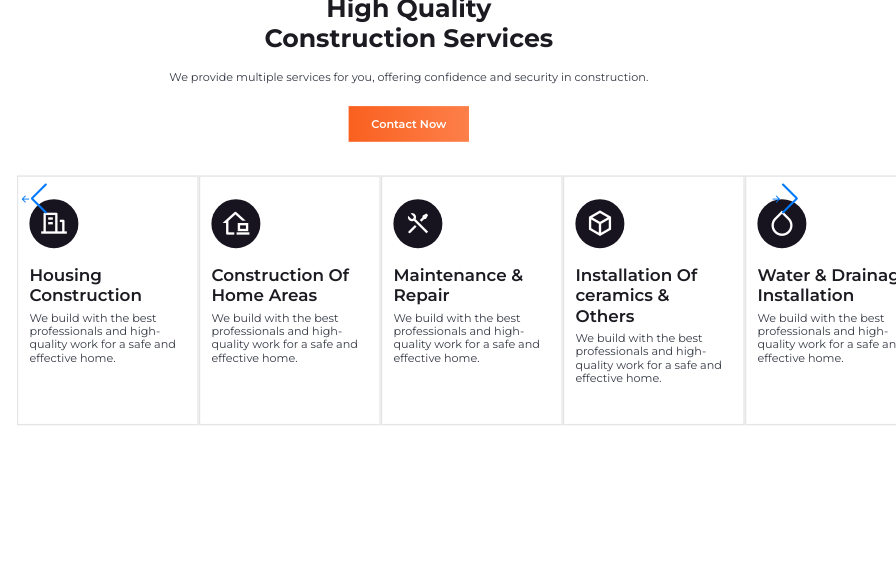
Repository: douglasabnovato/construction
Page: index.html
The author's editor kept a copy of each file at every save. The page is drawn from the files as they stood at one save, then again after the next save.
The browser window is 1280 px wide. The pictures show the part of the page from y = 2782 to 4702 px (the page is 3597 px tall before and 33554432 px after), at 70% of full size.

Above is the page before, as saved 2025-05-01 18:05:57.

After the next save:
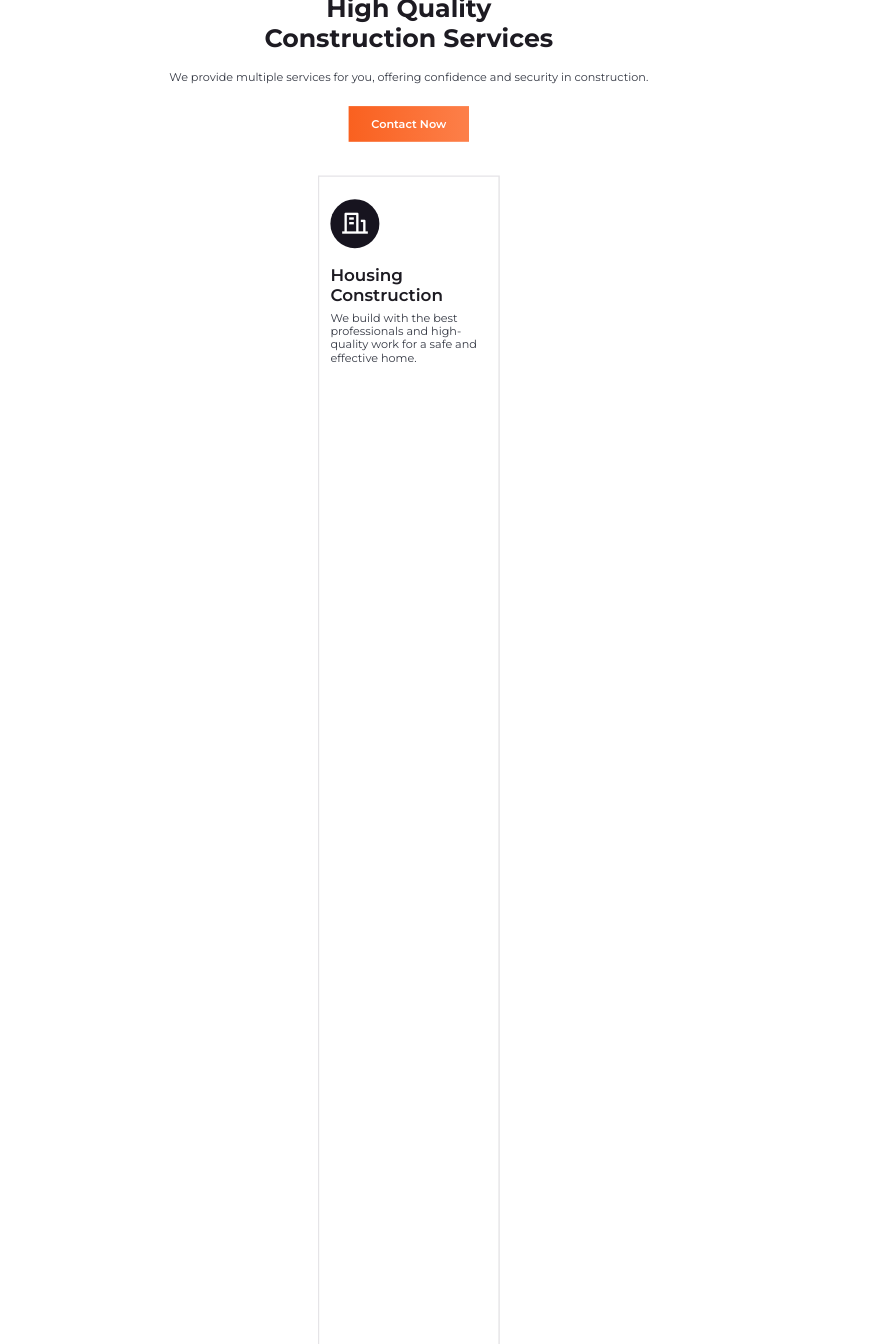
Saved 114 s later.
--- a/assets/js/main.js
+++ b/assets/js/main.js
@@ -1,44 +1,65 @@
 /*=============== SHOW MENU ===============*/
-const navMenu = document.getElementById('nav-menu'),
-      navToggle = document.getElementById('nav-toggle'),
-      navClose = document.getElementById('nav-close')
+const navMenu = document.getElementById("nav-menu"),
+  navToggle = document.getElementById("nav-toggle"),
+  navClose = document.getElementById("nav-close");
 
 /* Menu show */
-if(navToggle){
-    navToggle.addEventListener('click', () =>{
-        navMenu.classList.add('show-menu')
-    })
+if (navToggle) {
+  navToggle.addEventListener("click", () => {
+    navMenu.classList.add("show-menu");
+  });
 }
 
 /* Menu hidden */
-if(navClose){
-    navClose.addEventListener('click', () =>{
-        navMenu.classList.remove('show-menu')
-    })
+if (navClose) {
+  navClose.addEventListener("click", () => {
+    navMenu.classList.remove("show-menu");
+  });
 }
 
 /*=============== REMOVE MENU MOBILE ===============*/
-const navLink = document.querySelectorAll('.nav__link')
+const navLink = document.querySelectorAll(".nav__link");
 
-const linkAction = () =>{
-    const navMenu = document.getElementById('nav-menu')
-    // When we click on each nav__link, we remove the show-menu class
-    navMenu.classList.remove('show-menu')
-}
-navLink.forEach(n => n.addEventListener('click', linkAction))
-
+const linkAction = () => {
+  const navMenu = document.getElementById("nav-menu");
+  // When we click on each nav__link, we remove the show-menu class
+  navMenu.classList.remove("show-menu");
+};
+navLink.forEach((n) => n.addEventListener("click", linkAction));
 
 /*=============== CHANGE BACKGROUND HEADER ===============*/
-const bgHeader = () =>{
-    const header = document.getElementById('header')
-    // Add a class if the bottom offset is greater than 50 of the viewport
-    this.scrollY >= 50 ? header.classList.add('bg-header')
-                       : header.classList.remove('bg-header')
-}
-window.addEventListener('scroll', bgHeader)
-bgHeader()
+const bgHeader = () => {
+  const header = document.getElementById("header");
+  // Add a class if the bottom offset is greater than 50 of the viewport
+  this.scrollY >= 50
+    ? header.classList.add("bg-header")
+    : header.classList.remove("bg-header");
+};
+window.addEventListener("scroll", bgHeader);
+bgHeader();
 
 /*=============== SWIPER SERVICES ===============*/
+const swiper = new Swiper(".swiper", {
+  // Optional parameters
+  direction: "vertical",
+  loop: true,
+
+  // If we need pagination
+  pagination: {
+    el: ".swiper-pagination",
+  },
+
+  // Navigation arrows
+  navigation: {
+    nextEl: ".swiper-button-next",
+    prevEl: ".swiper-button-prev",
+  },
+
+  // And if we need scrollbar
+  scrollbar: {
+    el: ".swiper-scrollbar",
+  },
+});
 
 /*=============== SHOW SCROLL UP ===============*/
 
